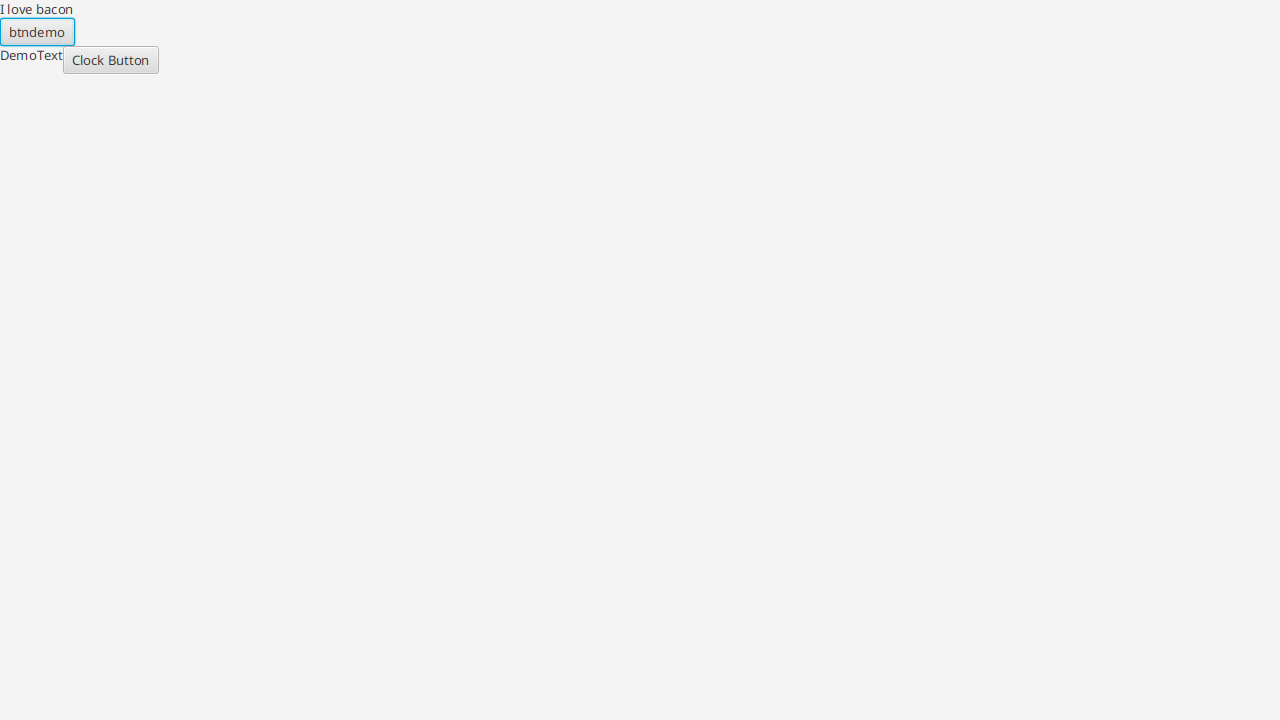
Repository: FabianKirsche/javafx_examples
Program's window: java org.krlib.dashboard/src/org/krlib/dashboard/Main.java
These files come from the project's save history. The program's window is drawn as it stood at one moment and after the next save; the edit follows.
It runs on Java 21 on a 1366 x 768 screen with JavaFX 11; the title bar is not drawn.

Above is the program's window before, as saved 2017-06-30 01:19:53.

After the next save:
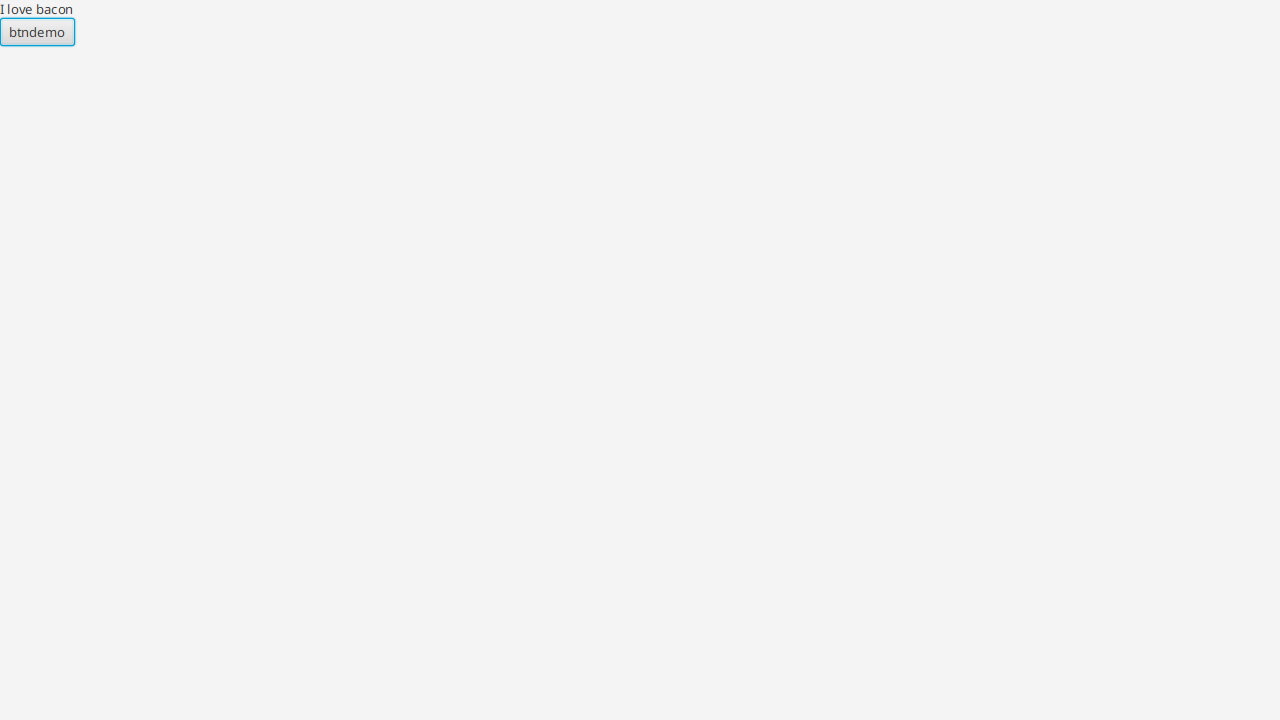
Saved 2 s later.
--- a/org.krlib.dashboard/src/org/krlib/dashboard/main.fxml
+++ b/org.krlib.dashboard/src/org/krlib/dashboard/main.fxml
@@ -11,6 +11,6 @@
 		<Label text="I love bacon"/>
 	    <Button text="btn_demo" fx:id="btn_demo" onAction="#btn_demo_Click"/>
 
-		<fx:include source="/org/krlib/dashboard/clock/clock.fxml"/>
+
 	    <Clock fx:id="clock"/>
 </VBox>

After the save that followed:
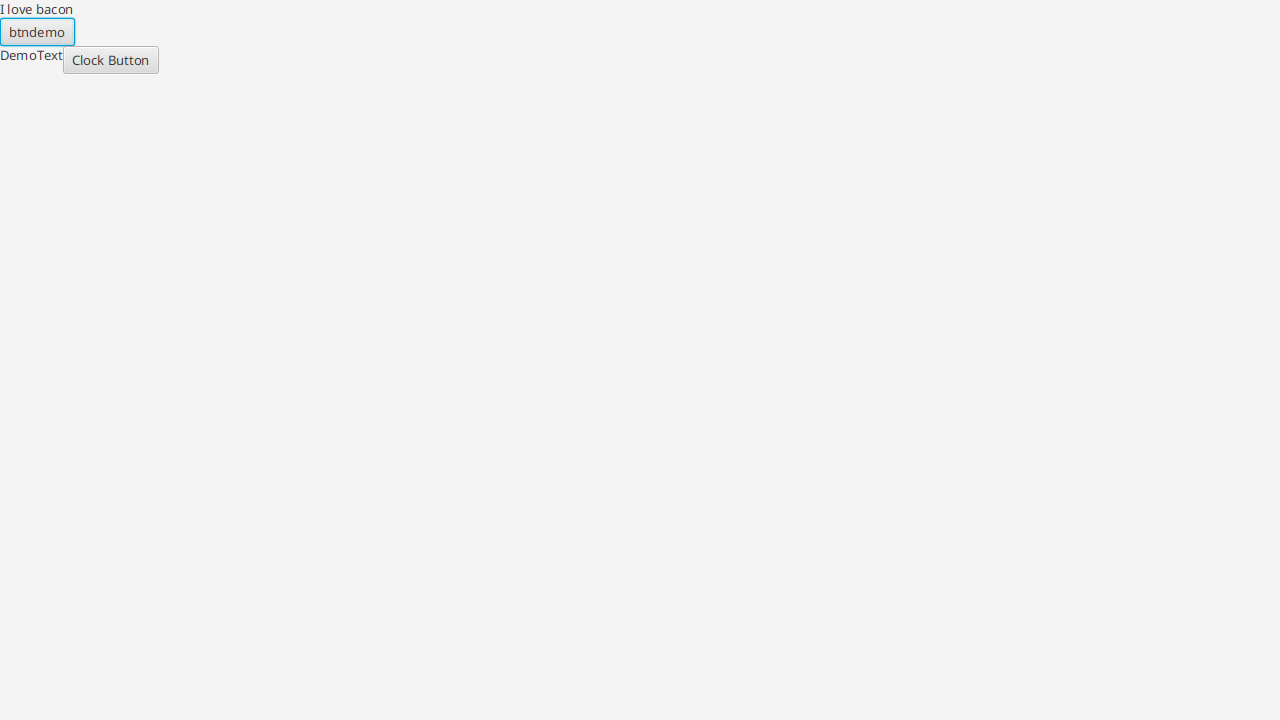
Saved 10 s later.
--- a/org.krlib.dashboard/src/org/krlib/dashboard/main.fxml
+++ b/org.krlib.dashboard/src/org/krlib/dashboard/main.fxml
@@ -11,6 +11,6 @@
 		<Label text="I love bacon"/>
 	    <Button text="btn_demo" fx:id="btn_demo" onAction="#btn_demo_Click"/>
 
-
+		<fx:include source="/org/krlib/dashboard/clock/clock.fxml"/>
 	    <Clock fx:id="clock"/>
 </VBox>
